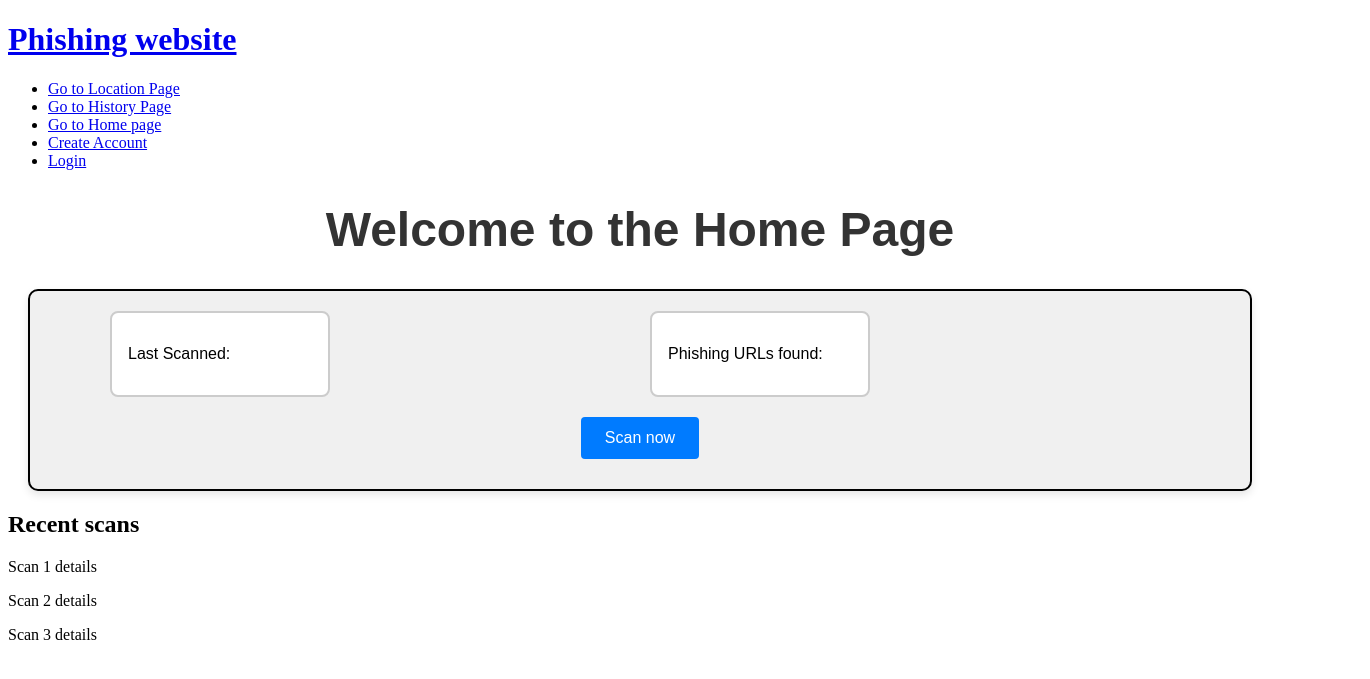
Repository: 2305199/Final-year-project
Page: / (app in frontend/)
An editor plug-in stored every save of this project. The page is shown before and after the next save, followed by the edit.
The browser window is 1280 px wide. The page is 1280 px wide, then 1370 px, so the pictures cover 1370 px, including what lies to the right of the window. The pictures show the whole page.
The project was rebuilt for these pictures with package versions that can differ from the ones it lists, and the page was loaded fresh each time. Also part of the build but not shown: frontend/vite.config.js, frontend/src/Location/Location.jsx, frontend/src/History/History.jsx, frontend/src/User/CreateAccount.jsx, frontend/src/User/Login.jsx.

Above is the page before, as saved 2026-01-29 01:24:19.

After the next save:
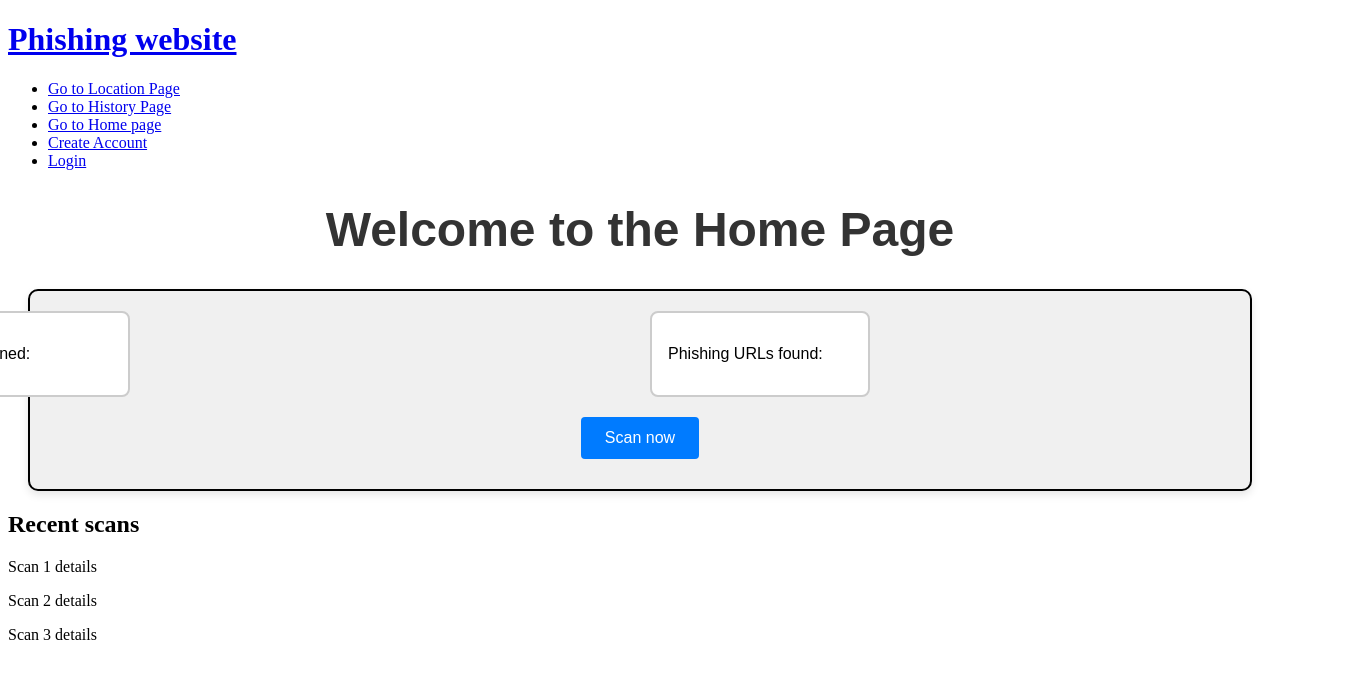
Saved 9 s later.
--- a/frontend/src/Home/Home.module.css
+++ b/frontend/src/Home/Home.module.css
@@ -39,7 +39,7 @@
   font-family: 'Arial', sans-serif;
   width: 220px;
   box-sizing: border-box;
-  margin-right: 300px;
+  margin-right: 500px;
 }
 
 .scanButton {
